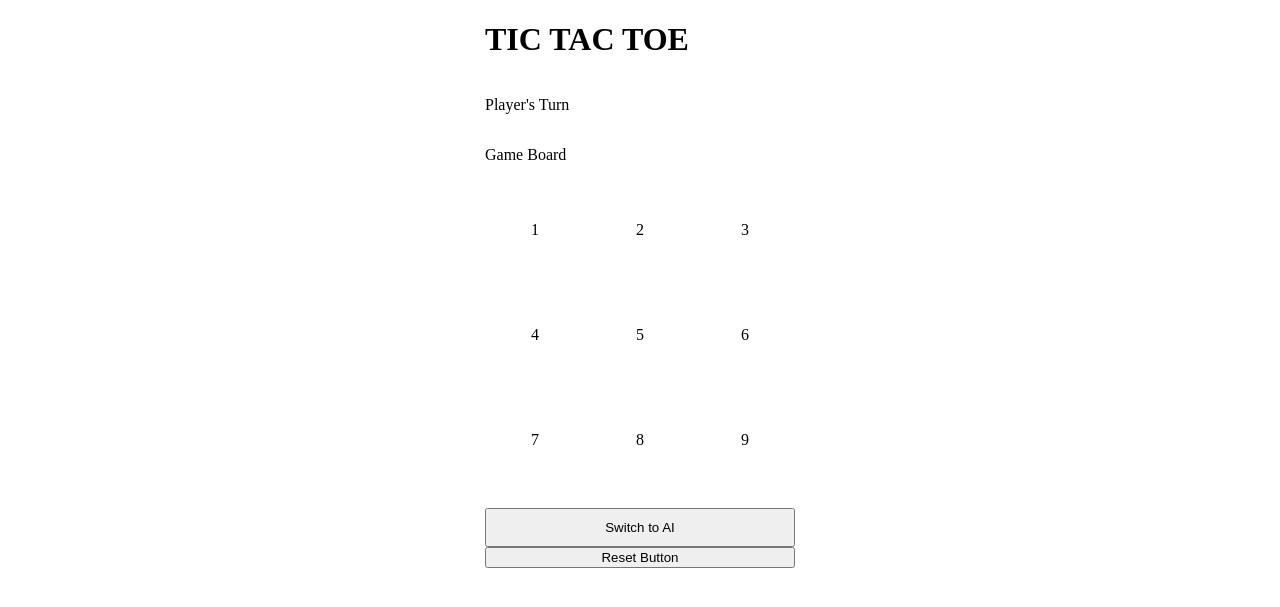
Repository: Yash19075/TicTacToe-game
Page: TicTacToe.html
An editor plug-in stored every save of this project. The page is shown before and after the next save, followed by the edit.
The browser window is 1280 px wide. The pictures show the whole page.

Above is the page before, as saved 2025-03-08 22:59:29.

After the next save:
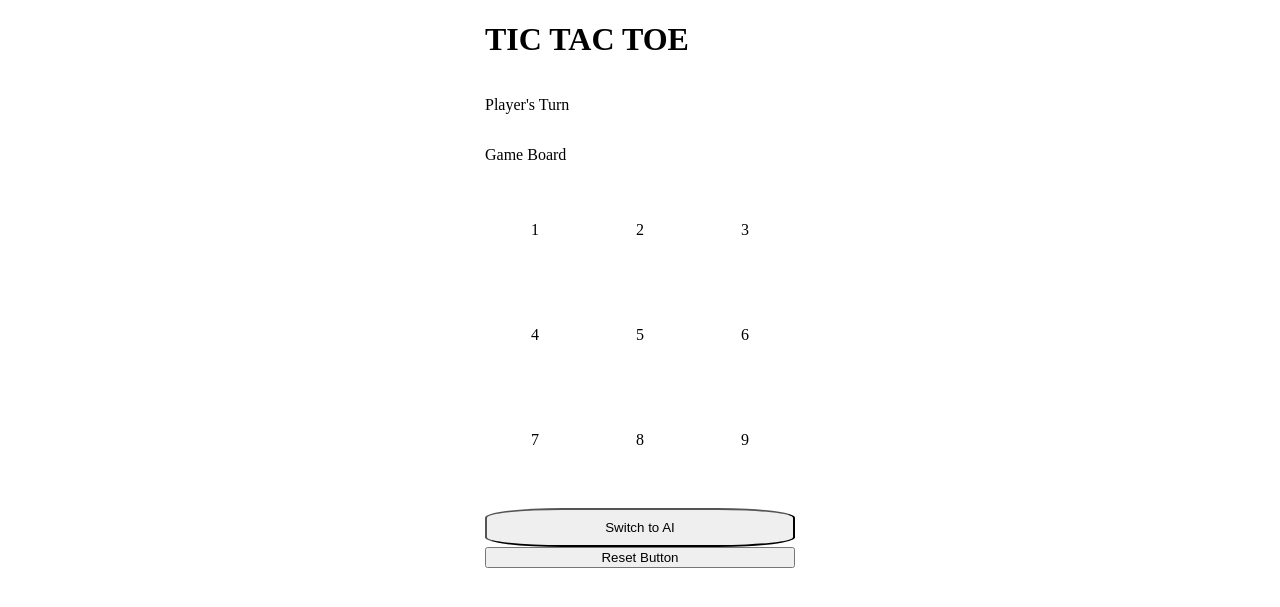
Saved 47 s later.
--- a/TicTacToe.css
+++ b/TicTacToe.css
@@ -22,4 +22,5 @@ body {
 
 .css-switchButton {
     padding: 10px 20px;
+    border-radius: 25%;
 }
